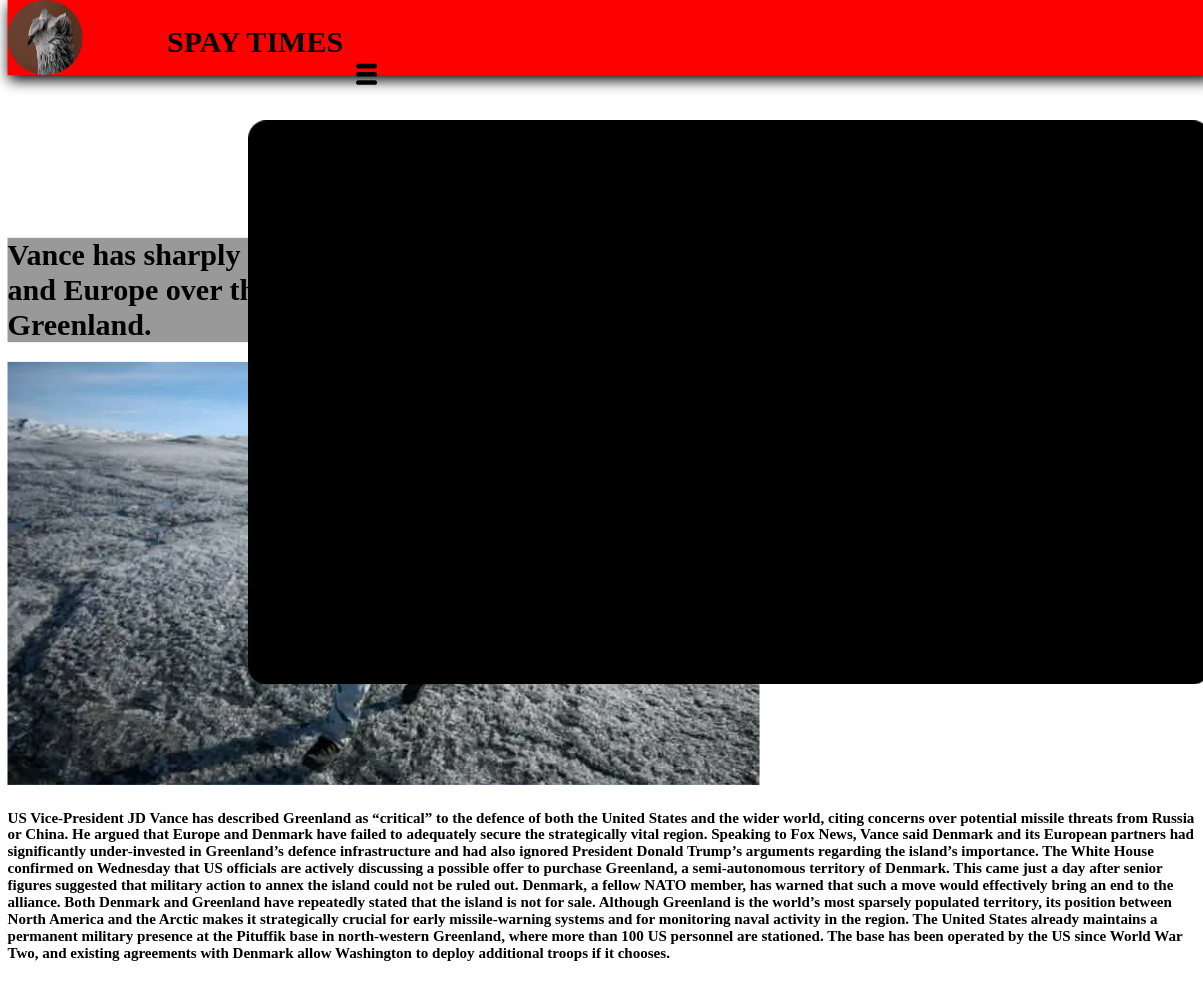
Repository: ridhukhan/spytimes
Page: /, after clicking the first element matching `svg`
The author's editor kept a copy of each file at every save. The page is drawn from the files as they stood at one save, then again after the next save.
The browser window is 1280 px wide. The pictures show the whole page, at 94% of full size.
The project was rebuilt for these pictures with package versions that can differ from the ones it lists, and the page was loaded fresh each time. Also part of the build but not shown: vite.config.js.

Above is the page before, as saved 2026-01-09 22:21:50.

After the next save:
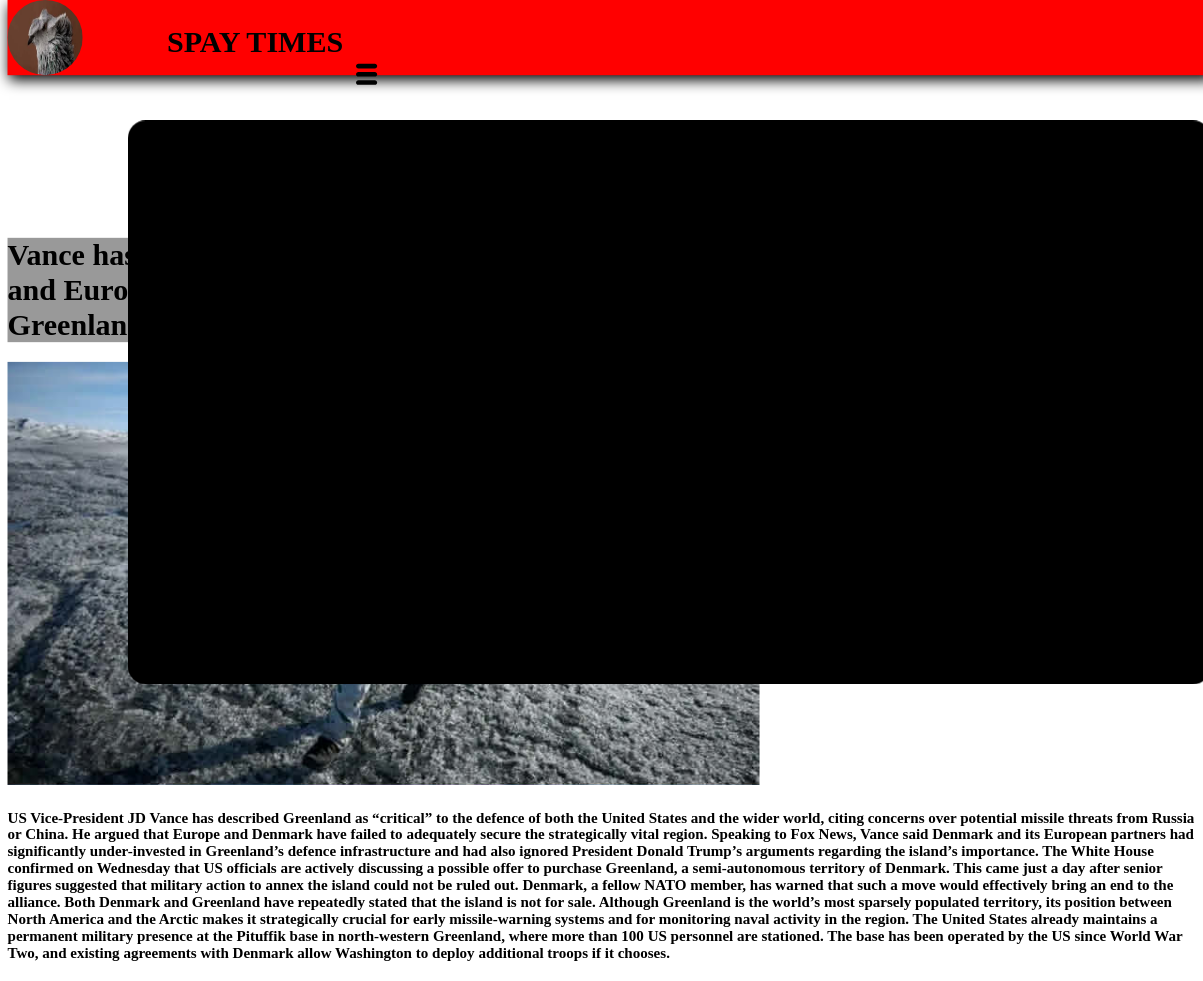
Saved 6 s later.
--- a/src/nav/Navbar.jsx
+++ b/src/nav/Navbar.jsx
@@ -11,7 +11,7 @@
 <h1 style={{marginTop:"2%", marginLeft:"7%",}}>SPAY TIMES</h1>
 <TiThMenu  onClick={()=>setOpenmenu(!openmenu)}  style={{width:"50px",height:"30px", marginTop:"5%", }}/>
 
-   {openmenu? <div style={{position:"absolute",width:"80%",background:"black", height:"600px", zIndex:"999", marginTop:"10%", borderRadius:"19px", right:"0"}}>
+   {openmenu? <div style={{position:"absolute",width:"90%",background:"black", height:"600px", zIndex:"999", marginTop:"10%", borderRadius:"19px", right:"0"}}>
 
    </div>: null}
     </div>
